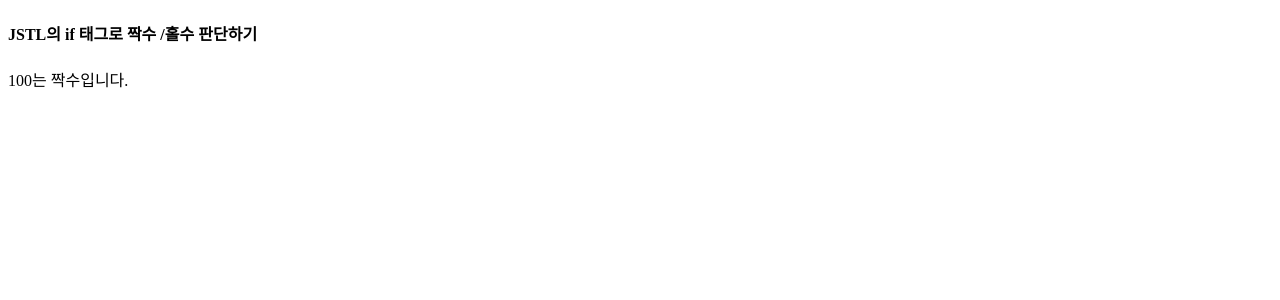
Repository: ahwaboin3/eclipse-workspace-jsp
Page: http://localhost/MustHaveJSP/JSTL/If.jsp
The author's editor kept a copy of each file at every save. The page is drawn from the files as they stood at one save, then again after the next save.
The browser window is 1280 px wide. The pictures show the whole page.
The page is served by Tomcat 10.

Above is the page before, as saved 2025-05-21 07:21:17.

After the next save:
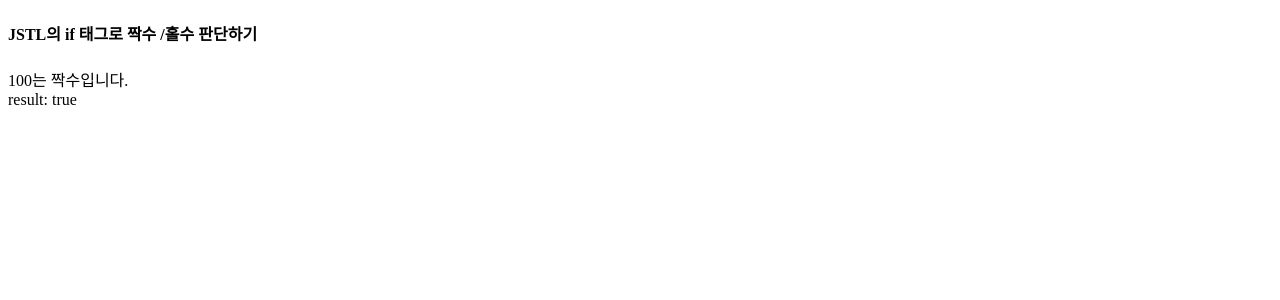
Saved 63 s later.
--- a/MustHaveJSP/src/main/webapp/JSTL/If.jsp
+++ b/MustHaveJSP/src/main/webapp/JSTL/If.jsp
@@ -21,5 +21,6 @@
 <c:if test="${number%2==0 }" var="result">
 	${number }는 짝수입니다.<br/>
 </c:if>
+result: ${result }</br>
 </body>
 </html>
